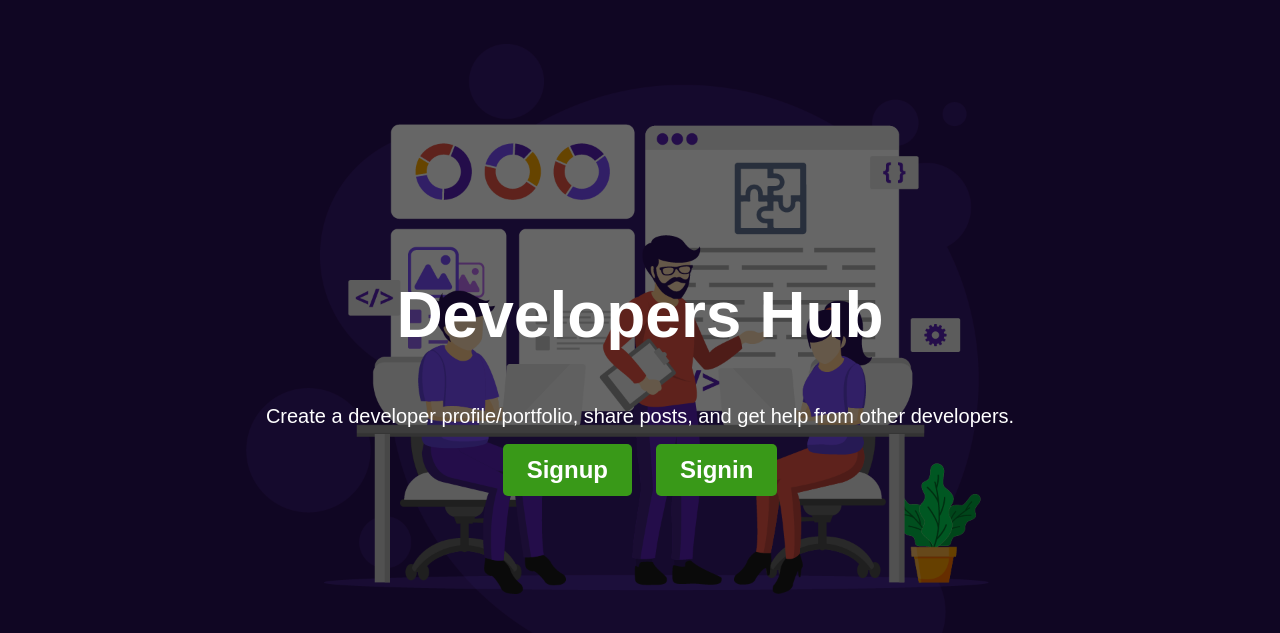
Repository: sayyad-mukthumsa-123/DevMania
Page: / (app in frontend/)
These files come from the project's save history. The page is drawn as it stood at one moment and after the next save; the edit follows.
The browser window is 1280 px wide. The pictures show the whole page.
The project was rebuilt for these pictures with package versions that can differ from the ones it lists, and the page was loaded fresh each time. Also part of the build but not shown: frontend/src/pages/login.js, frontend/src/pages/register.js, frontend/src/pages/Allprofiles.js, frontend/src/pages/MyProfile.js, frontend/src/pages/Indprofile.js.

Above is the page before, as saved 2025-03-01 00:02:53.

### frontend/public/index.html
<!-- public/index.html -->
<!DOCTYPE html>
<html lang="en">
<head>
  <meta charset="UTF-8">
  <meta name="viewport" content="width=device-width, initial-scale=1.0">
  <title>Developers Hub</title>
  <link rel="stylesheet" href="https://cdnjs.cloudflare.com/ajax/libs/font-awesome/5.15.3/css/all.min.css">
</head>
<body>
  <div id="root"></div>
</body>
</html>

### frontend/src/App.js
import React from 'react'
import {BrowserRouter,Route,Routes} from 'react-router-dom'
import Home from './pages/Home'
import Login from './pages/login'
import Register from './pages/register'
import Allprofiles from './pages/Allprofiles'
import MyProfile from './pages/MyProfile'
import Indprofile from './pages/Indprofile'

const App = () => {
  return (
    <div>

      <BrowserRouter>
      <Routes>
        <Route path='/' exact Component={Home}/>
        <Route path='/login' exact Component={Login}/>
        <Route path='/register' exact Component={Register}/>
        <Route path='/allprofiles' exact Component={Allprofiles}/>
        <Route path='/myprofile' exact Component={MyProfile}/>
        <Route path='/indprofile/:fullname/:email/:skill/:id' exact Component={Indprofile}/>
      </Routes>
      </BrowserRouter>
    </div>
  )
}

export default App

### frontend/src/pages/Home.js
import React from 'react';
import { Link } from 'react-router-dom';
import '../styles/styles.css';  // Adjust the path based on your file structure


const Home = () => {
  return (
    <>
      <section className='landing' >
        <div className='dark-overlay'>
          <div className='landing-inner'>

            <h1 className='x-large'>Developers Hub</h1>
            <p className='lead'>
              Create a developer profile/portfolio, share posts, and get help from other developers.
            </p>
            <div className='buttons'>
              <Link to="/register" className="btn btn-auth">Signup</Link>
              <Link to="/login" className="btn btn-auth">Signin</Link>
            </div>
          </div>
        </div>
      </section>
    </>
  );
}
export default Home;

### frontend/src/styles/styles.css
/* General reset */
body, html {
  margin: 0;
  padding: 0;
  font-family: Arial, sans-serif;
  width: 100%;
  min-height: 100vh;

}

/* Navbar styles */
.navbar {
  display: flex;
  justify-content: space-between;
  align-items: center;
  padding: 4px;
  font-size: x-large;
  background-color: #22580f
}

.navbar h1 a {
  color: #ffffff;
  text-decoration: none;
}

.navbar ul {
  list-style: none;
  display: flex;
  margin: 0;
  padding: 10px;
  font-size: larger;
}
.navbar ul li
{
  padding: 10px;
  transition: all 0.3s ease;
}
.navbar ul li:hover
{
  transform: scale(1.2);
}
.navbar ul li {
  margin-left: 1rem;
}

.navbar ul li a {
  color: #ffffff;
  text-decoration: none;
}

/* Landing page styles */
/* .landing {
  height: 100%;
  display: flex;
  align-items: center;
  justify-content: center;
  color: black;
  position: relative;
}

.dark-overlay {
  position: absolute;
  top: 0;
  left: 0;
  right: 0;
  bottom: 0;
}

.landing-inner {
  text-align: center;
  z-index: 2;
  position: relative;
}

.x-large {
  font-size: 4rem;
}

.lead {
  font-size: 1.5rem;
  margin-bottom: 2rem;
  color: black;
}

.buttons .btn ,.btn{
  margin: 3rem 2rem;
  padding: 0.75rem 1.25rem;
  border: none;
  border-radius: 5px;
  cursor: pointer;
  text-decoration: none;
  font-size: x-large;
  background-color:#399918 ;
  color: #ffffff;
}


.btn-auth {
  transition: all 0.3s ease;
}
.btn-auth:hover
{
  transform: scale(1.1);
} */

.landing {
  height: 100vh;
  display: flex;
  align-items: center;
  justify-content: center;
  color: white;
  position: relative;
  background: url('../images/home.png') no-repeat center center/cover;
  text-align: center;
  flex-direction: column;
}

.dark-overlay {
  position: absolute;
  top: 0;
  left: 0;
  right: 0;
  bottom: 0;
  background: rgba(0, 0, 0, 0.6); /* Adds a dark overlay for better text visibility */
  display: flex;
  flex-direction: column;
  justify-content: center;
  align-items: center;
}

.landing-inner {
  text-align: center;
  z-index: 2;
  position: relative;
  padding: 2rem;
  max-width: 800px;
}

.x-large {
  font-size: 4rem;
  font-weight: bold;
}

.lead {
  font-size: 1.5rem;
  margin-bottom: 2rem;
}

.buttons {
  display: flex;
  justify-content: center;
  gap: 1.5rem;
}

.btn, .btn-auth {
  width: auto;
  padding: 0.75rem 1.5rem;
  border: none;
  border-radius: 8px;
  cursor: pointer;
  text-decoration: none;
  font-size: 1.25rem;
  font-weight: bold;
  background-color: #399918;
  color: #ffffff;
  transition: all 0.3s ease;
}

.btn-auth:hover {
  transform: scale(1.1);
  background-color: red;
  transition: all;
}

/* Ensure Navbar stays at the top */
.navbar {
  position: absolute;
  top: 0;
  left: 0;
  width: 100%;
  z-index: 3;
}


/* Container styles */
.container {
  width: 600px;
  margin: 2rem auto;
  padding: 30px;
  border: 2px solid #399918;
  color: black;
  border-radius: 8px;
  position: relative; /* To ensure proper z-index handling */
  z-index: 1; /* Ensures the container is above any background effects */
}

/* Form styles */
.form {


  display: flex;
  flex-direction: column;
}

.form-group {
  margin-bottom: 1.5rem;
}

.form-text
{
  margin:5px !important;
}
/* .form-group input {
  width: 10%;
  padding: 0.75rem;
  font-size: 1rem;
  border: 1px solid black;
  border-radius: 5px;
  transition: border-color 0.3s ease-in-out, box-shadow 0.3s ease-in-out;
} */

.form-group input:focus {
  border-color: #f6f7f9;
  box-shadow: 0 0 8px rgba(0, 123, 255, 0.3);
  outline: none;
}

.btn {
  display: inline-block;
  padding: 0.75rem 1.5rem;
  border: none;
  border-radius: 5px;
  cursor: pointer;
  text-decoration: none;
  font-size: 1.5rem;
  text-align: center;
}

/* .btn-primary {
  background-color: #007bff;
  color: #ffffff;
}

.btn-primary:hover {
  background-color: #0056b3;
  opacity: 0.9;
} */

/* .text-primary {
  color: #f6f8fb;
} */

.large {
  margin: 0 !important;
  font-size: 2rem;
  margin-bottom: 1rem;
}

.lead {
  font-size: 1.25rem;
  margin-bottom: 1rem;
}

.error {
  color: red;
  margin-top: 1rem;
}

p {
  margin-top: 1rem;
}
.link-auth{
  color:#399918;
  text-decoration: none;
  cursor: pointer;
  padding-left:10px ;
  transition: all 0.3s ease;
  display: inline-block;
  font-size: large;
}
.link-auth:hover
{
  transform: scale(1.3);
}
/* Profiles styles */
.profiles {
  display: flex;
  flex-direction: column;
  gap: 1rem;
}

.profile {
  background-color: #f4f4f4;
  padding: 1rem;
  display: flex;
  align-items: center;
  border: 1px solid #ccc;
  box-shadow: 0 4px 8px rgba(0, 0, 0, 0.1);
  border-radius: 5px;
  margin-bottom: 1rem;
}

.profile .round-img {
  width: 100px;
  border-radius: 50%;
  margin-right: 1rem;
}

.profile-info {
  flex: 1;
}

.profile-info h2 {
  margin: 0 0 0.5rem 0;
}

.profile-info p {
  margin: 0.5rem 0;
}

.profile-info .btn {
  display: inline-block;
  background-color:#399918;
  color: #fff;
  padding: 0.5rem 1rem;
  text-decoration: none;
  border-radius: 0.25rem;
  margin-top: 0.5rem;
  transition: all 0.3s ease;
}

.profile-info .btn:hover {
  transform: scale(1.1);
  background-color:#399918;
}

.profile-skills {
  list-style: none;
  padding: 0;
  display: flex;
  flex-direction: column;
  gap: 0.5rem;
  margin-left: 1rem;
  color: black;
}

.profile-skills li {
  display: flex;
  align-items: center;
  color:greenyellow;
}

.profile-skills li i {
  margin-right: 0.5rem;
}

/* GitHub Section */
.profile-github {
  margin-top: 1rem;
}

.profile-github h2 {
  margin-bottom: 1rem;
}

.repo {
  background: #fff;
  padding: 1rem;
  margin-bottom: 1rem;
  border: 1px solid #ccc;
}

.repo h4 {
  margin: 0.5rem 0;
}

.repo p {
  margin: 0.5rem 0;
}

/* Form */
.form {
  margin-top: 1rem;
}

.form-group {
  margin-bottom: 10px;
}

.form-group input {
  width:97%;
  padding: 0.5rem;
  border: 1px solid #ccc;
  border-radius: 0.25rem;
  font-size: 1rem;
}

.form-group input:focus {
  border-color: #007bff;
  outline: none;
}

/* .btn-primary {
  background: #007bff;
  color: #fff;
  border: none;
  padding: 0.5rem 1rem;
  cursor: pointer;
}

.btn-primary:hover {
  background: #0056b3;
} */

/* Profile Grid */
.profile-grid {
  display: grid;
  grid-template-columns: 1fr;
  grid-gap: 1rem;
  margin-top: 1rem;
}

.profile-top {
  background: #0a0a0a;
  color: #fff;
  padding: 1rem;
  text-align: center;
}

.profile-top img {
  width: 150px;
  border-radius: 50%;
}

.profile-top h1 {
  margin: 0.5rem 0;
}

.profile-top p {
  margin: 0.5rem 0;
}
a{
  color:aqua
}
 .white-text {
  color: black;
}
 .skill-text {
  /* background-color: #5e585c16;  */
  color: #c51414;
  padding: 10px 15px;
  border-radius: 5px;
  display: flex;
  align-items: center;
  font-size: 16px;
  margin-top: 2px;
  /* box-shadow: 0 2px 4px rgba(0, 0, 0, 0.1);  */
}


.skill-text i {
  color: #28a745;
  margin-right: 30px;
}
.taskprovider
{
  color:#28a745;
  text-decoration: none;
  font-size: xx-large;
}

Loaded but not shown: frontend/src/index.js (common file); frontend/src/index.css (common file); frontend/src/reportWebVitals.js (common file)

After the next save:
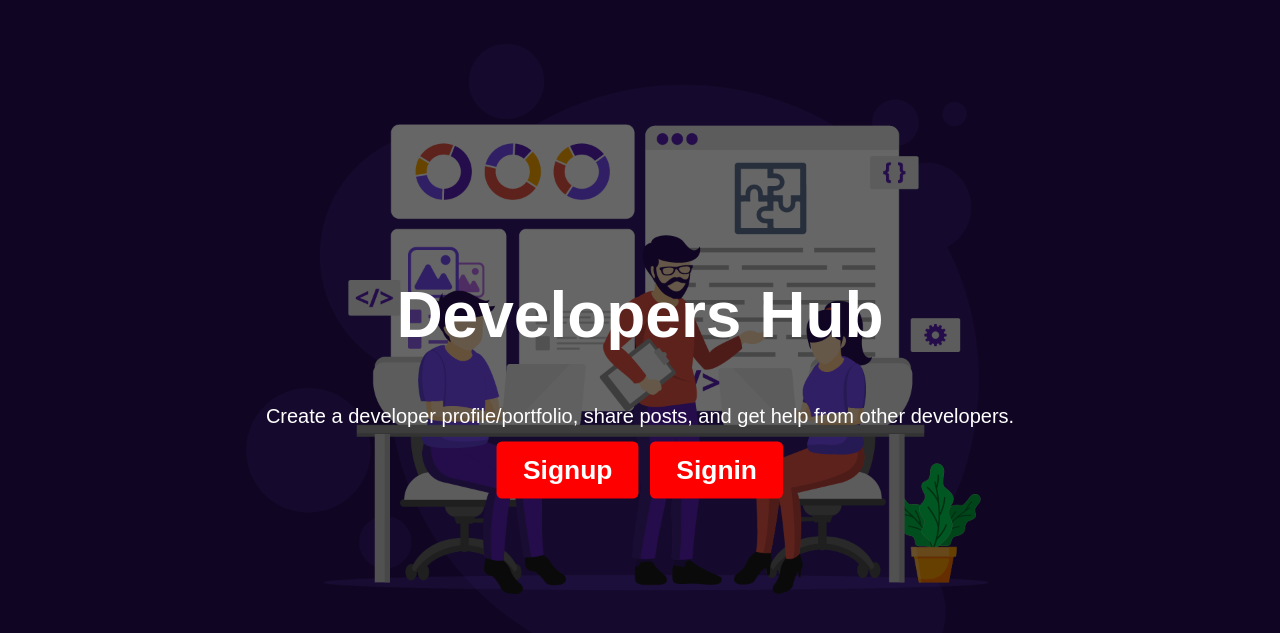
Saved 16 s later.
--- a/frontend/src/styles/styles.css
+++ b/frontend/src/styles/styles.css
@@ -166,7 +166,7 @@
   transition: all 0.3s ease;
 }
 
-.btn-auth:hover {
+.btn,.btn-auth:hover {
   transform: scale(1.1);
   background-color: red;
   transition: all;

After the save that followed:
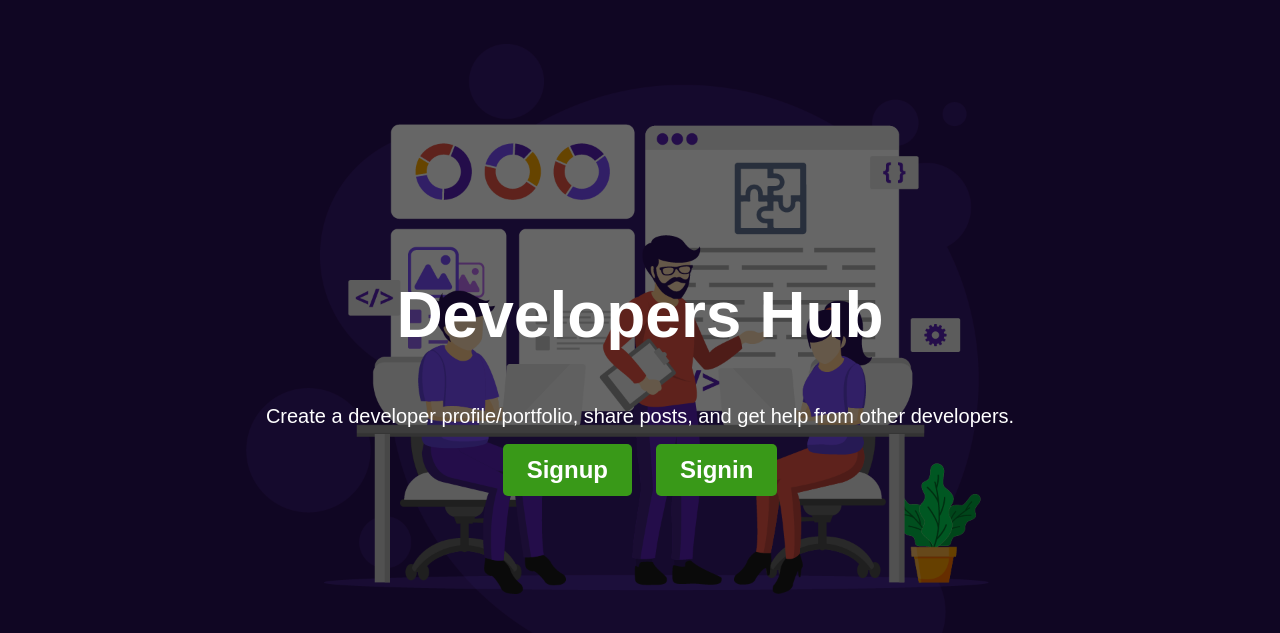
Saved 7 s later.
--- a/frontend/src/styles/styles.css
+++ b/frontend/src/styles/styles.css
@@ -166,7 +166,7 @@
   transition: all 0.3s ease;
 }
 
-.btn,.btn-auth:hover {
+.btn:hover,.btn-auth:hover {
   transform: scale(1.1);
   background-color: red;
   transition: all;
